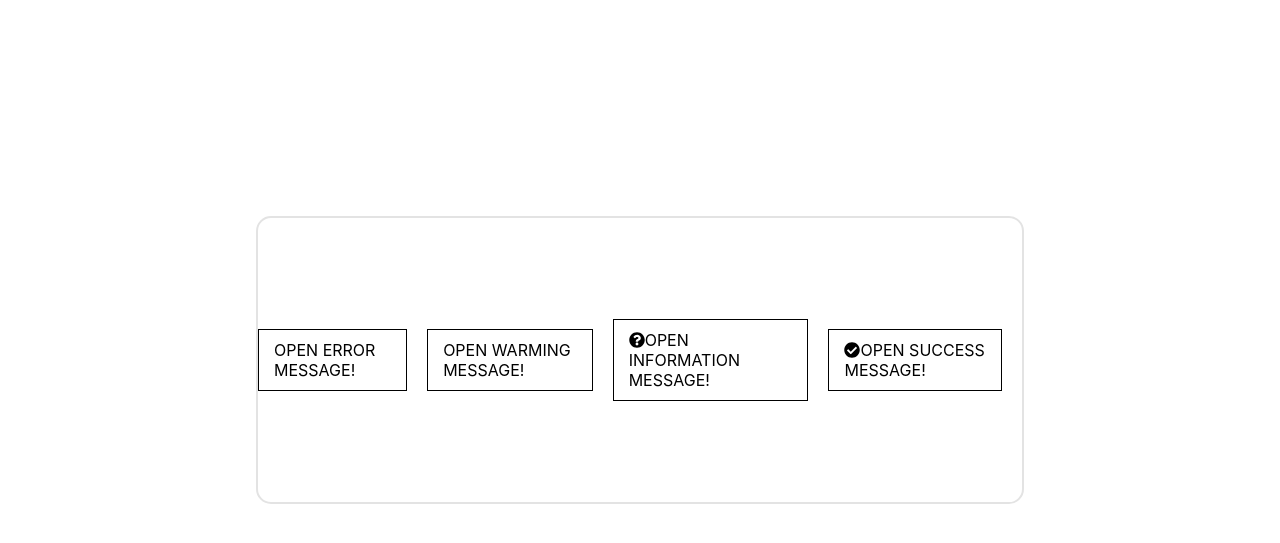
Repository: KrzysKolo/sr_tydzien5_zad2
Page: /, after clicking the first element matching `div.wrapper--btn > :nth-child(4)`
The author's editor kept a copy of each file at every save. The page is drawn from the files as they stood at one save, then again after the next save.
The browser window is 1280 px wide. The pictures show the whole page.
The project was rebuilt for these pictures with package versions that can differ from the ones it lists, and the page was loaded fresh each time.

Above is the page before, as saved 2020-12-21 16:59:55.

### public/index.html
<!DOCTYPE html>
<html lang="en">
  <head>
    <meta charset="utf-8" />
    <link rel="icon" href="%PUBLIC_URL%/favicon.ico" />
    <meta name="viewport" content="width=device-width, initial-scale=1" />
    <meta name="theme-color" content="#000000" />
    <meta
      name="description"
      content="Web site created using create-react-app"
    />
    <link rel="apple-touch-icon" href="%PUBLIC_URL%/logo192.png" />
    <!--
      manifest.json provides metadata used when your web app is installed on a
      user's mobile device or desktop. See https://developers.google.com/web/fundamentals/web-app-manifest/
    -->
    <link rel="manifest" href="%PUBLIC_URL%/manifest.json" />
    <!--
      Notice the use of %PUBLIC_URL% in the tags above.
      It will be replaced with the URL of the `public` folder during the build.
      Only files inside the `public` folder can be referenced from the HTML.

      Unlike "/favicon.ico" or "favicon.ico", "%PUBLIC_URL%/favicon.ico" will
      work correctly both with client-side routing and a non-root public URL.
      Learn how to configure a non-root public URL by running `npm run build`.
    -->
    <title>Zad 2 - snackbar</title>
  </head>
  <body>
    <noscript>You need to enable JavaScript to run this app.</noscript>
    <div id="root"></div>
    <!--
      This HTML file is a template.
      If you open it directly in the browser, you will see an empty page.

      You can add webfonts, meta tags, or analytics to this file.
      The build step will place the bundled scripts into the <body> tag.

      To begin the development, run `npm start` or `yarn start`.
      To create a production bundle, use `npm run build` or `yarn build`.
    -->
  </body>
</html>

### src/App.js
import React from 'react';
import Buttons from './components/Buttons';
import './App.css';
const App = () => {
  return (
    <div className="wrapper--btn">
      <Buttons />
    </div>
  )
}

export default App;

### src/components/Buttons.js
import React from 'react';
import PaletColors from './../colors/PaletColors';
import ButtonsData from './../data/ButtonsData';
import Button from './Button';

const Buttons = () => {
    return (
        <>
            {ButtonsData.map(button =>
                <Button key={button.id} data={button} />
            )}
        </>
    )
}

export default Buttons;

### src/App.css
* {
  box-sizing: border-box;
  margin: 0;
  position: relative;
}
body {
  width: 100vw;
  height: 100vh;
  display: flex;
  flex-direction: row;
  justify-content: center;
  align-items: center;
}
.wrapper--btn {
  border: 2px solid #e3e3e3;
  border-radius: 15px;
  width: 60vw;
  height: 40vh;
  display: flex;
  flex-direction: row;
  justify-content: center;
  align-items: center;
}
.btn {
  border: 1px solid black;
  padding: 10px 15px;
  margin-right: 20px;
}

### src/colors/PaletColors.js
const PaletColors = {
    "red": "rgb(244, 67, 54)",
    "orange": "rgb(255, 152, 0)",
    "blue": "rgb(33, 150, 243)",
    "green": "rgb(76, 175, 80)",
    "maroon": "rgb(124, 0, 0)",
    "navy": "rgb(44, 44, 96)",
    "white": "rgb(240, 239, 244)",
    "black": "rgb(0, 0, 0)",
};

  export default PaletColors;

### src/data/ButtonsData.js
const ButtonsData = [
    {
      id: 0,
      name: "OPEN ERROR MESSAGE!",
      event: "handleClickError",
      color: "PaletColor.red",
      icon: "faExclanationCircle"
    },
    {
      id: 1,
      name: "OPEN WARMING MESSAGE!",
      event: "handleClickWarming",
      color: "PaletColor.orange",
      icon: "faExclamationTriangle",
    },
    {
      id: 2,
      name: "OPEN INFORMATION MESSAGE!",
      event: "handleClickInformation",
      color: "PaletColor.blue",
      icon: "faQuestionCircle",
    },
    {
      id: 3,
      name: "OPEN SUCCESS MESSAGE!",
      event: "handleClickSuccess",
      color: "PaletColor.green",
      icon: "faCheckCircle",
    },

  ]
 export default ButtonsData;

### src/components/Button.js
import React from 'react';
import Icons from './Icons';
import PaletColors from './../colors/PaletColors';
import { FontAwesomeIcon } from '@fortawesome/react-fontawesome';
import { faCheckCircle } from '@fortawesome/free-solid-svg-icons';

const Button = ({data}) => {


    return (
        <div className="btn">
            <Icons icon={data.icon}/>
             {data.name}
        </div>
    )
}

export default Button;

### src/components/Icons.js
import React from 'react';
import { FontAwesomeIcon } from '@fortawesome/react-fontawesome';
import { faCheckCircle, faQuestionCircle, faExclamationTriangle } from '@fortawesome/free-solid-svg-icons';

const Icons = ({icon}) => {

        switch (icon) {

            case 'faQuestionCircle': return <FontAwesomeIcon icon={faQuestionCircle} />;
            case 'faCheckCircle': return <FontAwesomeIcon icon={faCheckCircle} />;
            default: return null;
            }



}

export default Icons;

Loaded but not shown: src/index.js (common file); src/index.css (common file)

After the next save:
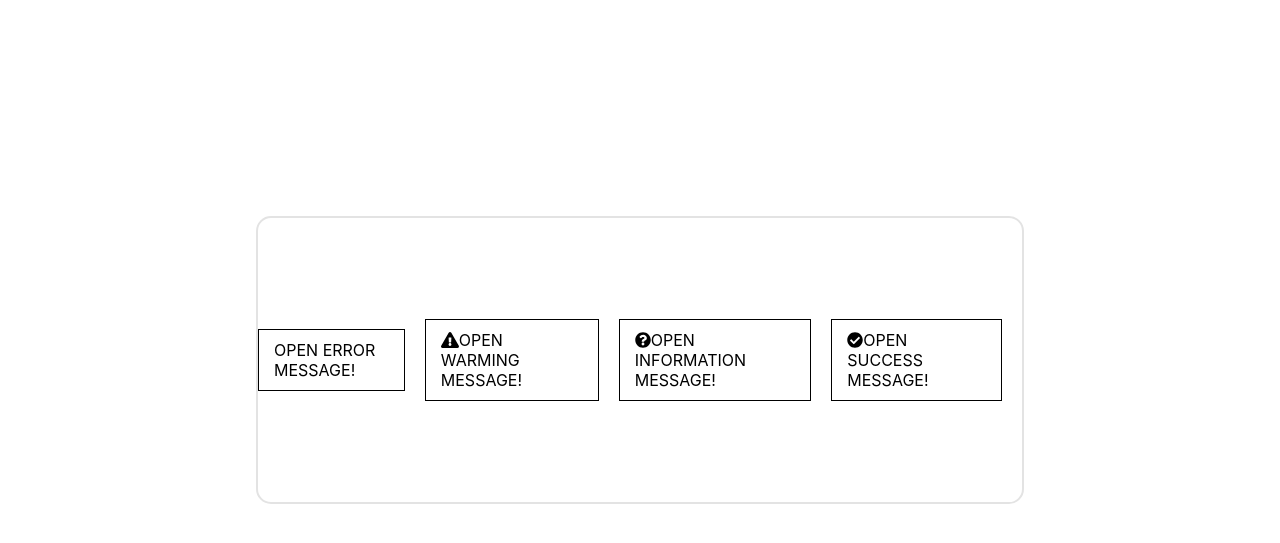
Saved 24 s later.
--- a/src/components/Icons.js
+++ b/src/components/Icons.js
@@ -6,6 +6,7 @@ const Icons = ({icon}) => {
 
         switch (icon) {
 
+            case 'faExclamationTriangle': return <FontAwesomeIcon icon={faExclamationTriangle} />;
             case 'faQuestionCircle': return <FontAwesomeIcon icon={faQuestionCircle} />;
             case 'faCheckCircle': return <FontAwesomeIcon icon={faCheckCircle} />;
             default: return null;
